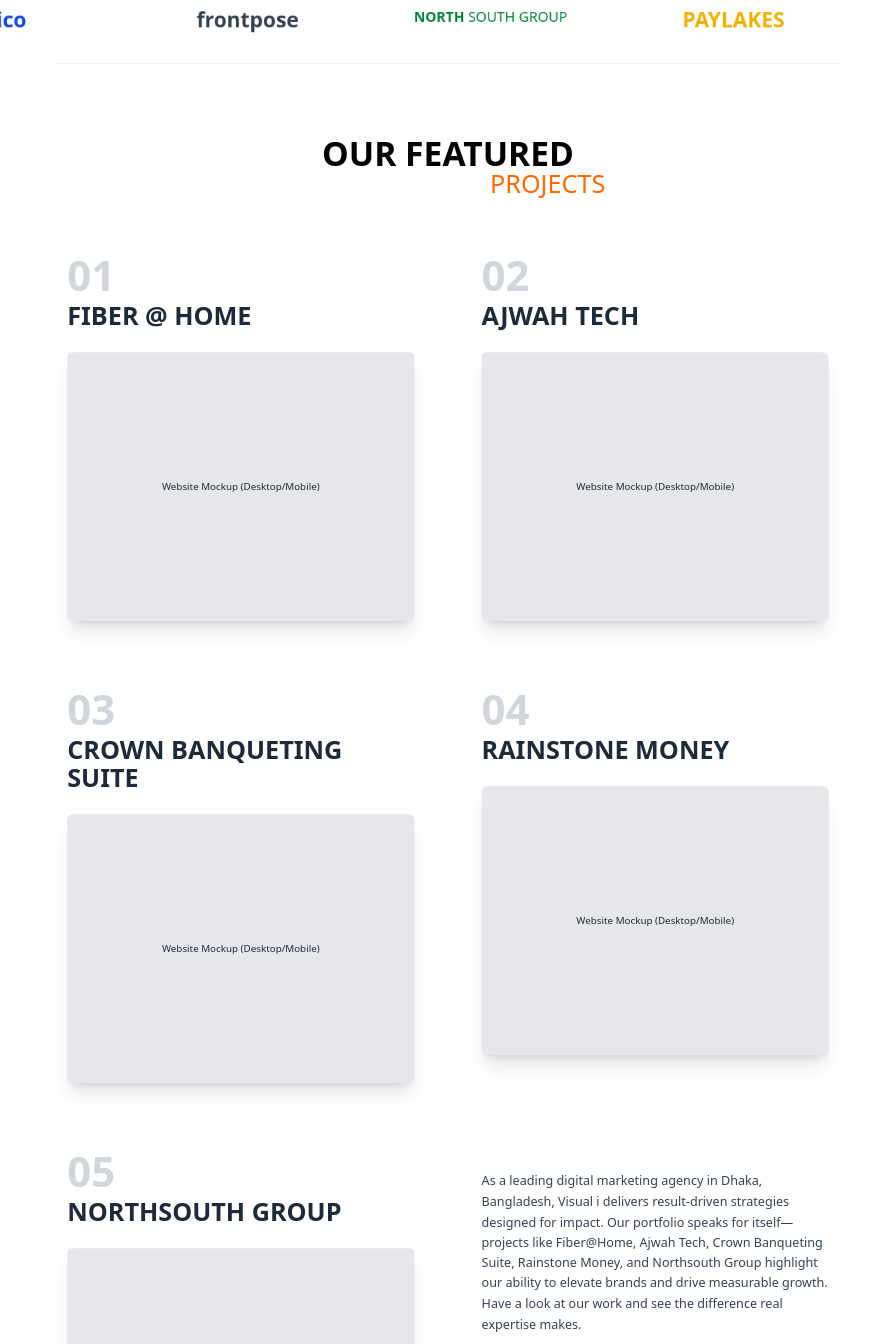
Repository: mdmuhibullahhabib/weboria
Page: /
The author's editor kept a copy of each file at every save. The page is drawn from the files as they stood at one save, then again after the next save.
The browser window is 1280 px wide. The pictures show the part of the page from y = 3453 to 5373 px (the page is 9353 px tall before and 9361 px after), at 70% of full size.
The project was rebuilt for these pictures with package versions that can differ from the ones it lists, and the page was loaded fresh each time. Some packages were replaced by stand-ins written for this rebuild. The framework's server and built-in components were replaced by stand-ins that run in the browser. Also part of the build but not shown: next.config.mjs.

Above is the page before, as saved 2025-10-03 01:14:59.

After the next save:
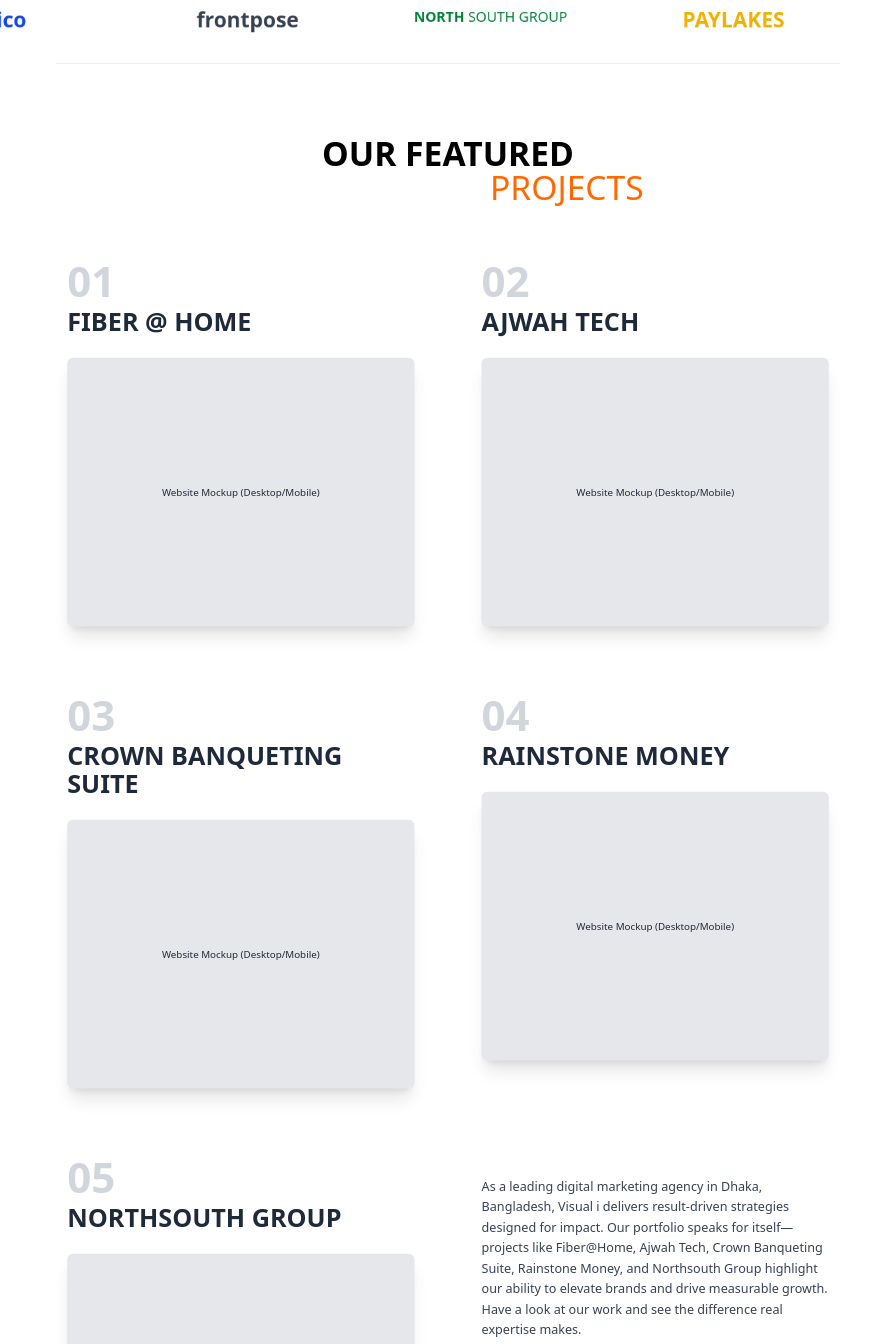
Saved 7 min 23 s later.
--- a/src/app/page.js
+++ b/src/app/page.js
@@ -132,7 +132,7 @@ const Home = () => {
         <h2 className="text-5xl font-semibold text-black text-center">
           OUR FEATURED
         </h2>
-        <h2 className='text-orange-500 text-4xl ml-[620px]'> PROJECTS</h2>
+        <h2 className='text-orange-500 text-5xl ml-[620px]'> PROJECTS</h2>
 
         <div className="grid grid-cols-1 lg:grid-cols-2 gap-16 mt-16">
 
